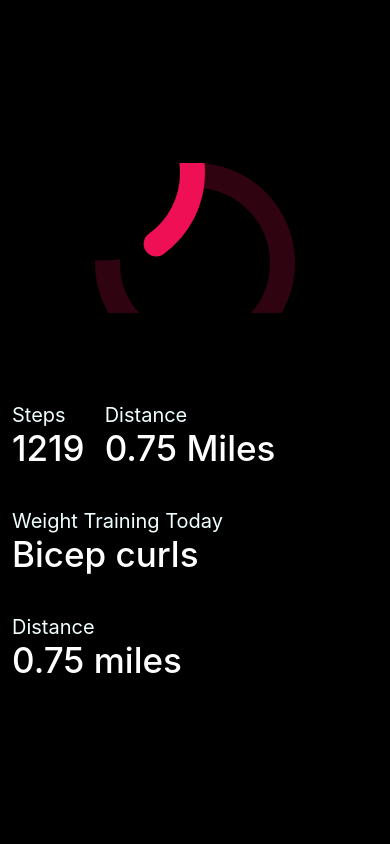
Repository: JamesPesenti/JiMTracker
Screen: /
The author's editor kept a copy of each file at every save. The screen is drawn from the files as they stood at one save, then again after the next save.
The app was drawn by React Native's web renderer in a window 390 px wide. The project was rebuilt for these pictures with package versions that can differ from the ones it lists, and the page was loaded fresh each time.

Above is the screen before, as saved 2023-06-16 14:52:51.

After the next save:
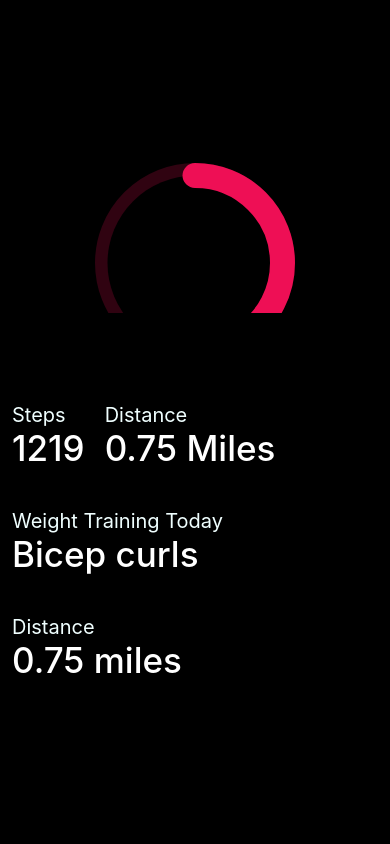
Saved 13 s later.
--- a/src/components/RingProgress.tsx
+++ b/src/components/RingProgress.tsx
@@ -31,8 +31,8 @@ const RingProgress = ({radius = 100, strokeWidth = 25}: RingProgressProps) => {
             cy={radius}
             r={innerRadius}
             rotation="-90"
-            originX={10}
-            originY={100}
+            originX={radius}
+            originY={radius}
             strokeWidth={strokeWidth}
             stroke={color}
             strokeLinecap="round"
